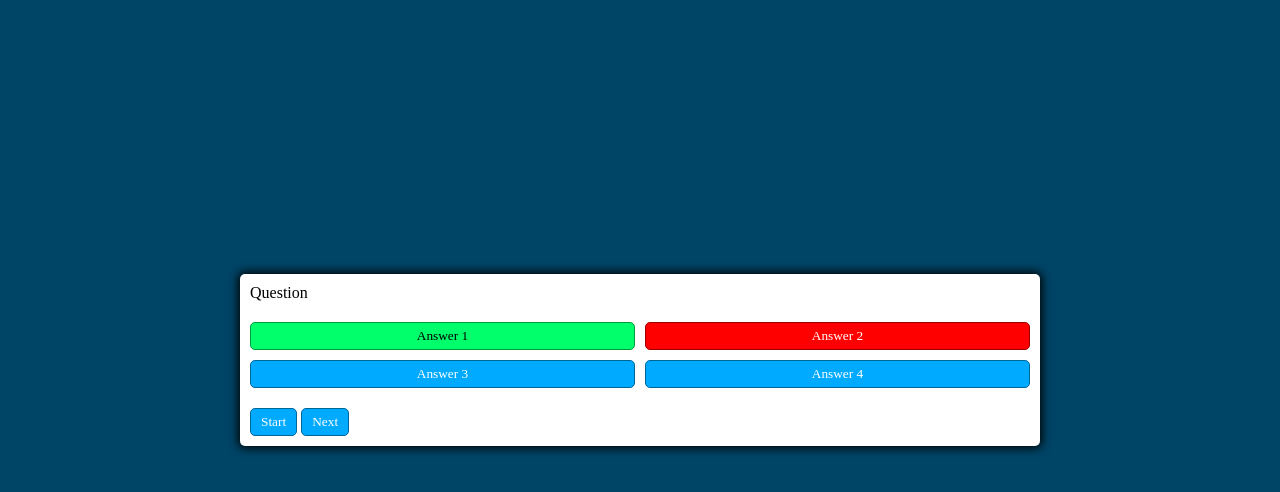
Repository: DaNiels89/quiz-js
Page: index.html
These files come from the project's save history. The page is drawn as it stood at one moment and after the next save; the edit follows.
The browser window is 1280 px wide. The pictures show the whole page.

Above is the page before, as saved 2020-06-22 09:53:01.

After the next save:
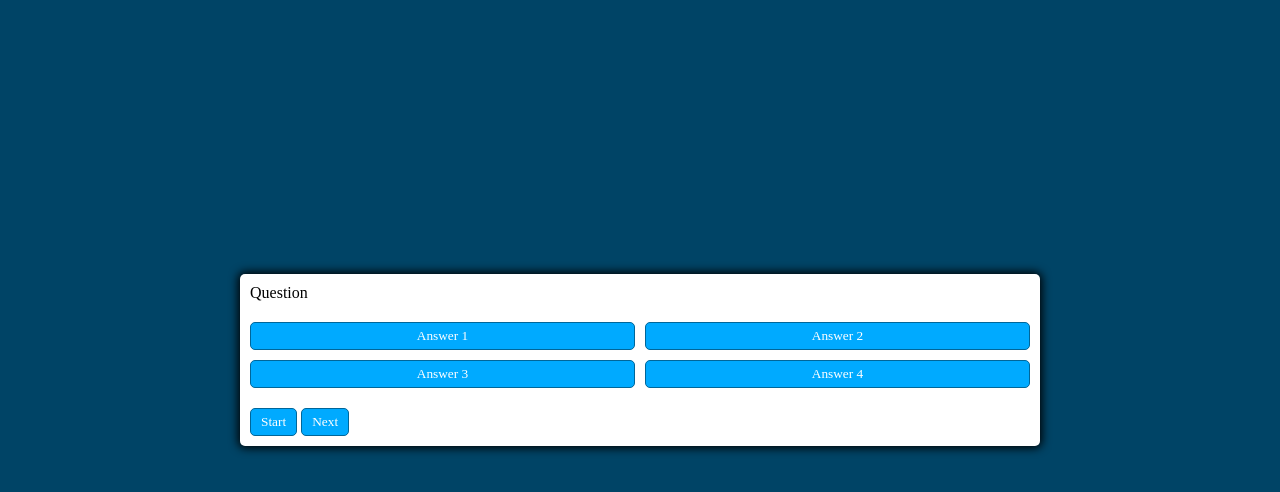
Saved 10 s later.
--- a/index.html
+++ b/index.html
@@ -14,8 +14,8 @@
         <div id="question-container" class="hide">
             <div class="question">Question</div>
             <div id="answer-buttons" class="btn-grid">
-                <button class="btn correct">Answer 1</button>
-                <button class="btn wrong">Answer 2</button>
+                <button class="btn">Answer 1</button>
+                <button class="btn">Answer 2</button>
                 <button class="btn">Answer 3</button>
                 <button class="btn">Answer 4</button>
             </div>
